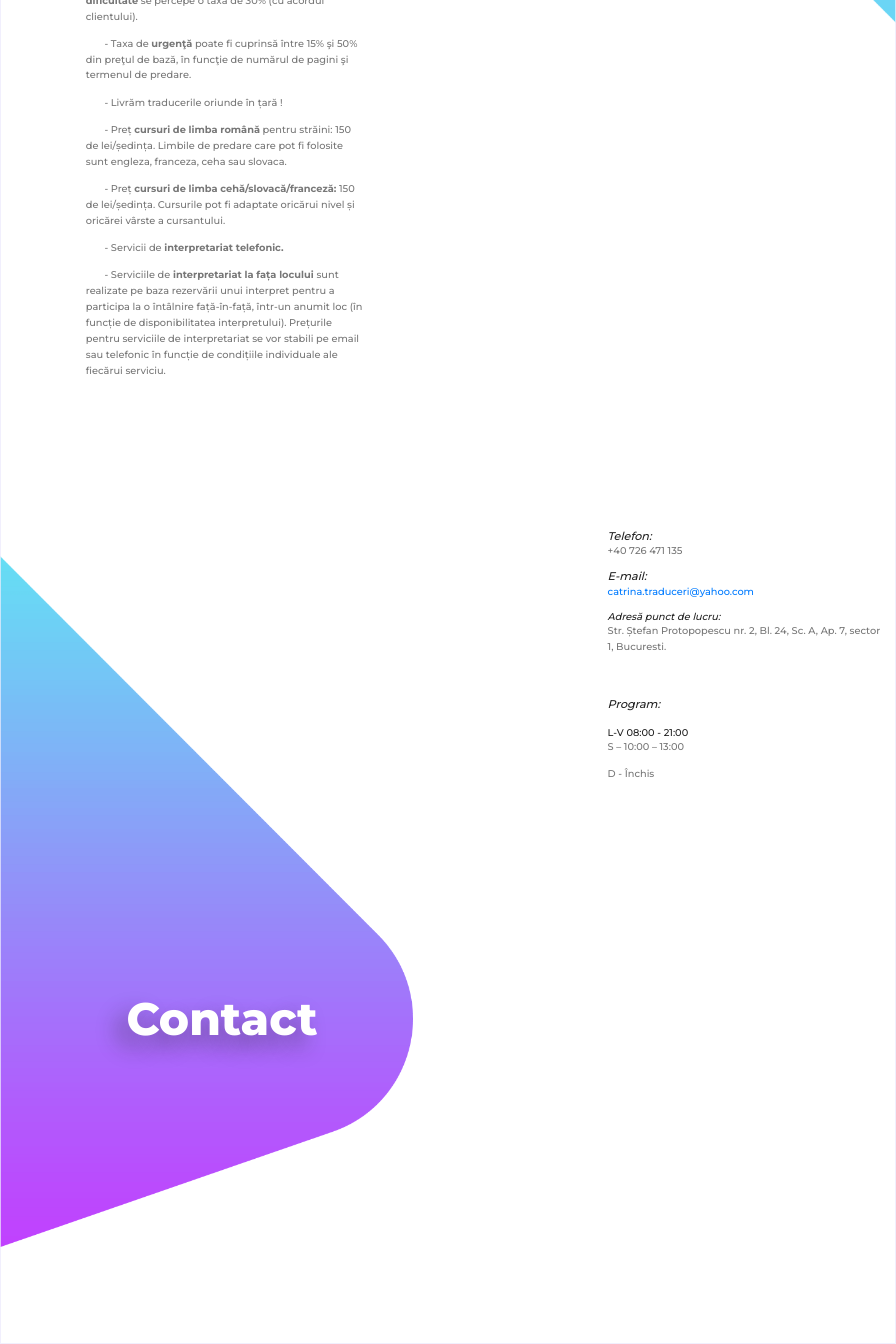
Repository: roscaImarius/site_traduceri
Page: index.html
The author's editor kept a copy of each file at every save. The page is drawn from the files as they stood at one save, then again after the next save.
The browser window is 1280 px wide. The pictures show the part of the page from y = 4490 to 6410 px (the page is 6410 px tall), at 70% of full size.

Above is the page before, as saved 2022-03-22 03:42:11.

After the next save:
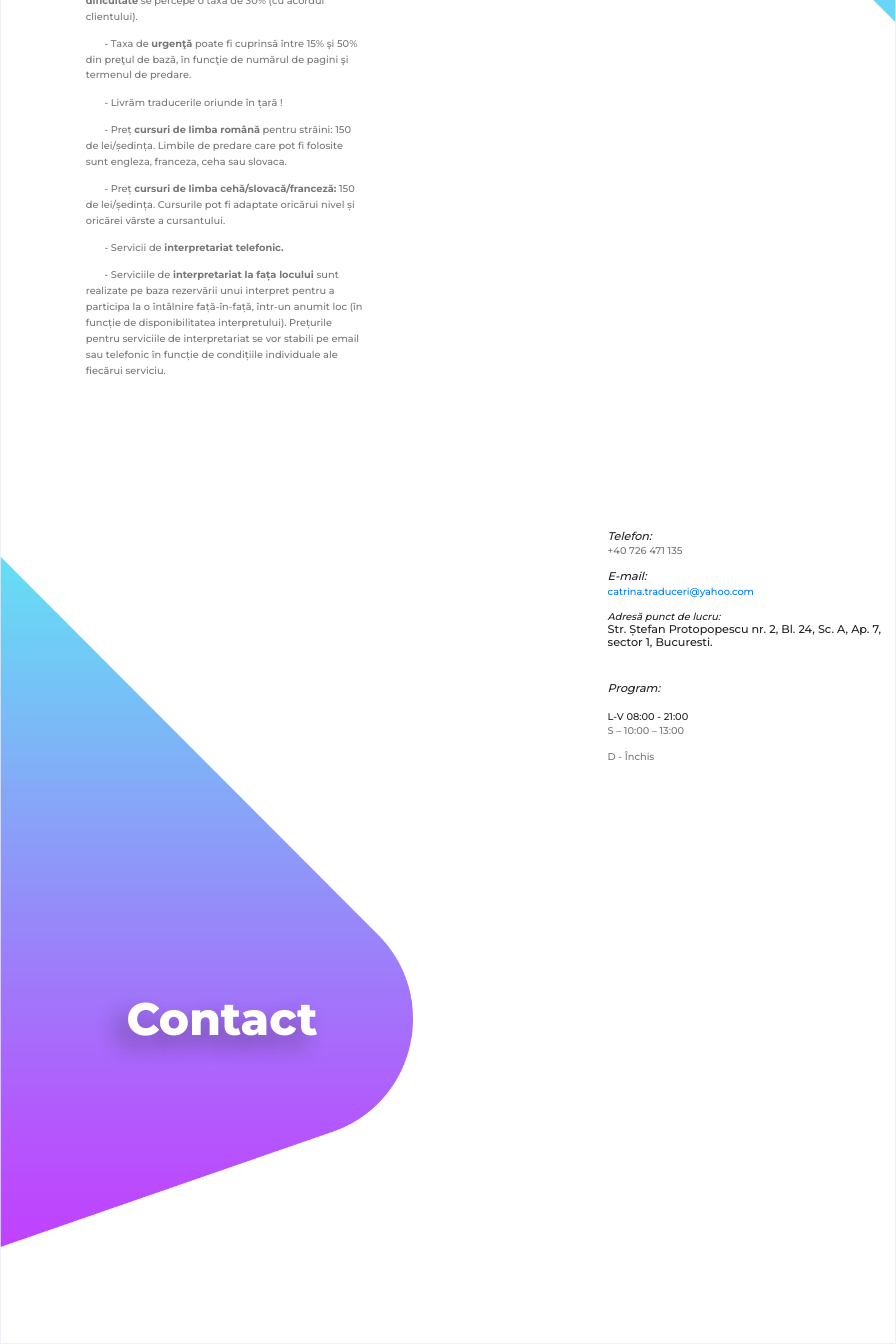
Saved 7 s later.
--- a/index.html
+++ b/index.html
@@ -355,9 +355,9 @@
 
             <div class="form-area adresa text-left">
               <h6><i>Adresă punct de lucru:</i></h6>
-              <p>
+              <h5>
               Str. Ștefan Protopopescu nr. 2, Bl. 24, Sc. A, Ap. 7, sector 1, Bucuresti.
-              </p>
+              </h5>
 
               <br>
               <br>
